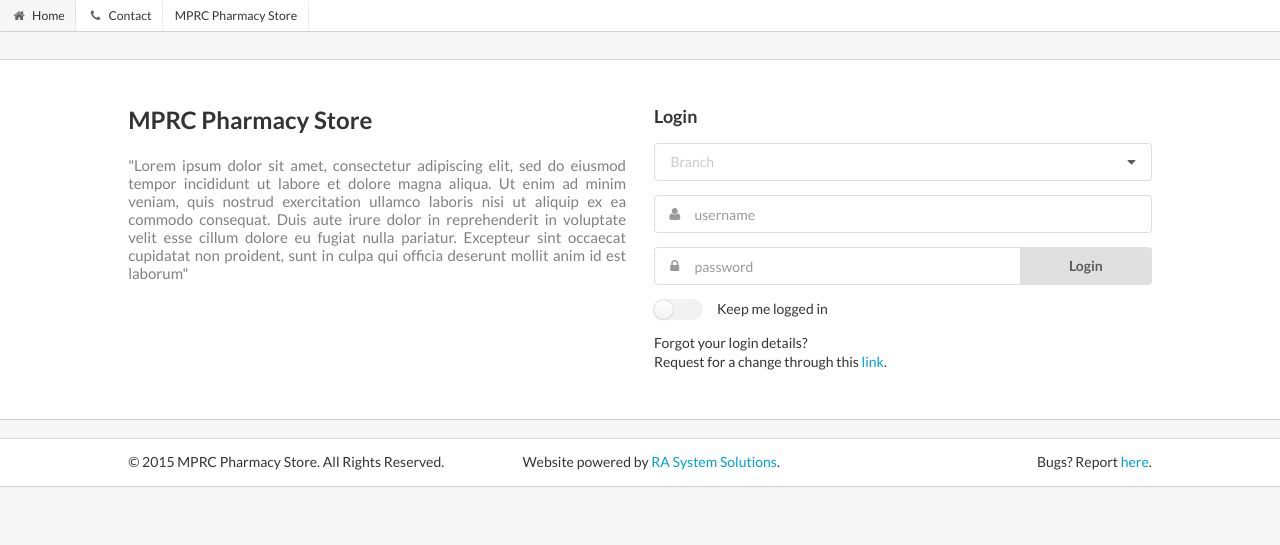
Repository: thdrwngkd/oims
Page: public/index.html
The author's editor kept a record of every edit. The page is drawn from the files as they stood at one moment, then again after the next edit.
The browser window is 1280 px wide. The pictures show the whole page.

Above is the page before.

### public/index.html
<!DOCTYPE html>
<html>
  <head>
    <!-- Standard Meta -->
    <meta charset="utf-8" />
    <meta http-equiv="X-UA-Compatible" content="IE=edge,chrome=1" />
    <meta name="viewport" content="width=device-width, initial-scale=1.0, maximum-scale=1.0">

    <!-- Site Properities -->
    <title>Online Inventory Management</title>

    <link href="../dist/googleapis.css" rel="stylesheet" type="text/css">
    <link href="../dist/semantic.css"   rel="stylesheet" type="text/css">
    <link href="../src/css/base.css"    rel="stylesheet" type="text/css">

    <script src="../dist/jquery.js"></script>
    <script src="../dist/jquery.address.js"></script>
    <script src="../dist/semantic.js"></script>

  </head>
  <body>
    <!-- Start  Header Navbar -->
    <header>
      <nav class="ui fixed fluid main small menu">
        <a class="item" href="#"><i class="home icon"></i>  Home</a>
        <a class="item" href="#"><i class="call icon"></i>  Contact</a>
        <a class="item">MPRC Pharmacy Store</a>
      </nav>
    </header>
    <!-- End    Header Navbar -->
    <div class="clear height sixty pixels"></div>
    <!-- Start  Section Masthead Segment -->
    <section class="ui center segment clear">
      <div class="ui stackable page grid top-bottom margin twenty pixels">
        <div class="two column row">
          <div class="column">
            <h2 class="ui header">
              MPRC Pharmacy Store
              <div class="sub header" style="margin-top: 20px; text-align: justify">
                "Lorem ipsum dolor sit amet, consectetur adipiscing elit, sed do eiusmod tempor incididunt ut labore et dolore magna aliqua. Ut enim ad minim veniam, quis nostrud exercitation ullamco laboris nisi ut aliquip ex ea commodo consequat. Duis aute irure dolor in reprehenderit in voluptate velit esse cillum dolore eu fugiat nulla pariatur. Excepteur sint occaecat cupidatat non proident, sunt in culpa qui officia deserunt mollit anim id est laborum"
              </div>
            </h2>
          </div>
          <div class="column">
            <h3 class="ui header">
              Login
            </h3>
            <form class="ui fluid form">
              <div class="field">
                <div class="ui selection dropdown">
                  <input type="hidden" name="gender">
                  <div class="default text">Branch</div>
                  <i class="dropdown icon"></i>
                  <div class="menu">
                    <div class="item" data-value="male">Pag-Asa</div>
                    <div class="item" data-value="female">Daang Tubo</div>
                  </div>
                </div>
              </div>
              <div class="field">
                <div class="ui left icon input">
                  <input type="text" placeholder="username">
                  <i class="user icon"></i>
                </div>
              </div>
              <div class="field">
                <div class="ui left icon action input">
                  <i class="lock icon"></i>
                  <input name="email" type="text" placeholder="password">
                  <div class="ui submit button">Login</div>
                </div>
              </div>
              <div class="field">
                <div class="ui toggle checkbox">
                  <input type="checkbox" name="keep_logged" value="x">
                  <label>Keep me logged in</label>
                </div>
              </div>
              <div class="field">
                <p>Forgot your login details?<br>Request for a change through this <a href="forgot-password.html">link</a>.</p>
              </div>
            </form>
          </div>
        </div>
      </div>

    </section>
    <!-- End    Projects Section -->
    <div class="clear height twenty pixels"></div>
    <!-- Start  About Section -->
    <section class="ui footer segment clear">
      <div class="ui page grid">
        <div class="row">
          <div class="six wide column">
            <p>© 2015 MPRC Pharmacy Store. All Rights Reserved.</p>
          </div>
          <div class="six wide column">
            <p>Website powered by <a href="">RA System Solutions</a>.</p>
          </div>
          <div class="right aligned four wide column">
            <p>Bugs? Report <a href="">here</a>.</p>
          </div>
        </div>
      </div>
    </section>
    <!-- End    About Section -->
    <!-- Javascript Imports -->
      <script src="../dist/base.js"></script>
    <!-- Javascript Imports -->
  </body>
</html>

### dist/googleapis.css
/* cyrillic-ext */
@font-face {
  font-family: 'Open Sans';
  font-style: normal;
  font-weight: 300;
  src: local('Open Sans Light'), local('OpenSans-Light'), url(http://fonts.gstatic.com/s/opensans/v10/DXI1ORHCpsQm3Vp6mXoaTSUUniRZcd_wq8DYmIfsw2A.woff2) format('woff2');
  unicode-range: U+0460-052F, U+20B4, U+2DE0-2DFF, U+A640-A69F;
}
/* cyrillic */
@font-face {
  font-family: 'Open Sans';
  font-style: normal;
  font-weight: 300;
  src: local('Open Sans Light'), local('OpenSans-Light'), url(http://fonts.gstatic.com/s/opensans/v10/DXI1ORHCpsQm3Vp6mXoaTeXREeHhJi4GEUJI9ob_ak4.woff2) format('woff2');
  unicode-range: U+0400-045F, U+0490-0491, U+04B0-04B1, U+2116;
}
/* devanagari */
@font-face {
  font-family: 'Open Sans';
  font-style: normal;
  font-weight: 300;
  src: local('Open Sans Light'), local('OpenSans-Light'), url(http://fonts.gstatic.com/s/opensans/v10/DXI1ORHCpsQm3Vp6mXoaTY0Uz7fbu6RM5MPetubMKio.woff2) format('woff2');
  unicode-range: U+02BC, U+0900-097F, U+1CD0-1CF6, U+1CF8-1CF9, U+200B-200D, U+20A8, U+20B9, U+25CC, U+A830-A839, U+A8E0-A8FB;
}
/* greek-ext */
@font-face {
  font-family: 'Open Sans';
  font-style: normal;
  font-weight: 300;
  src: local('Open Sans Light'), local('OpenSans-Light'), url(http://fonts.gstatic.com/s/opensans/v10/DXI1ORHCpsQm3Vp6mXoaTfzy0yu4vcvNhe7QLuoE8rU.woff2) format('woff2');
  unicode-range: U+1F00-1FFF;
}
/* greek */
@font-face {
  font-family: 'Open Sans';
  font-style: normal;
  font-weight: 300;
  src: local('Open Sans Light'), local('OpenSans-Light'), url(http://fonts.gstatic.com/s/opensans/v10/DXI1ORHCpsQm3Vp6mXoaTc9-ZSaZ3mOOsU9E1f6DGWc.woff2) format('woff2');
  unicode-range: U+0370-03FF;
}
/* vietnamese */
@font-face {
  font-family: 'Open Sans';
  font-style: normal;
  font-weight: 300;
  src: local('Open Sans Light'), local('OpenSans-Light'), url(http://fonts.gstatic.com/s/opensans/v10/DXI1ORHCpsQm3Vp6mXoaTYZI5FoslwusAsZHK_V0XCI.woff2) format('woff2');
  unicode-range: U+0102-0103, U+1EA0-1EF1, U+20AB;
}
/* latin-ext */
@font-face {
  font-family: 'Open Sans';
  font-style: normal;
  font-weight: 300;
  src: local('Open Sans Light'), local('OpenSans-Light'), url(http://fonts.gstatic.com/s/opensans/v10/DXI1ORHCpsQm3Vp6mXoaTRUOjZSKWg4xBWp_C_qQx0o.woff2) format('woff2');
  unicode-range: U+0100-024F, U+1E00-1EFF, U+20A0-20AB, U+20AD-20CF, U+2C60-2C7F, U+A720-A7FF;
}
/* latin */
@font-face {
  font-family: 'Open Sans';
  font-style: normal;
  font-weight: 300;
  src: local('Open Sans Light'), local('OpenSans-Light'), url(http://fonts.gstatic.com/s/opensans/v10/DXI1ORHCpsQm3Vp6mXoaTegdm0LZdjqr5-oayXSOefg.woff2) format('woff2');
  unicode-range: U+0000-00FF, U+0131, U+0152-0153, U+02C6, U+02DA, U+02DC, U+2000-206F, U+2074, U+20AC, U+2212, U+2215, U+E0FF, U+EFFD, U+F000;
}
/* cyrillic-ext */
@font-face {
  font-family: 'Open Sans';
  font-style: normal;
  font-weight: 400;
  src: local('Open Sans'), local('OpenSans'), url(http://fonts.gstatic.com/s/opensans/v10/K88pR3goAWT7BTt32Z01m1tXRa8TVwTICgirnJhmVJw.woff2) format('woff2');
  unicode-range: U+0460-052F, U+20B4, U+2DE0-2DFF, U+A640-A69F;
}
/* cyrillic */
@font-face {
  font-family: 'Open Sans';
  font-style: normal;
  font-weight: 400;
  src: local('Open Sans'), local('OpenSans'), url(http://fonts.gstatic.com/s/opensans/v10/RjgO7rYTmqiVp7vzi-Q5UVtXRa8TVwTICgirnJhmVJw.woff2) format('woff2');
  unicode-range: U+0400-045F, U+0490-0491, U+04B0-04B1, U+2116;
}
/* devanagari */
@font-face {
  font-family: 'Open Sans';
  font-style: normal;
  font-weight: 400;
  src: local('Open Sans'), local('OpenSans'), url(http://fonts.gstatic.com/s/opensans/v10/ttwNtsRpgsxVmgGGmiUOEltXRa8TVwTICgirnJhmVJw.woff2) format('woff2');
  unicode-range: U+02BC, U+0900-097F, U+1CD0-1CF6, U+1CF8-1CF9, U+200B-200D, U+20A8, U+20B9, U+25CC, U+A830-A839, U+A8E0-A8FB;
}
/* greek-ext */
@font-face {
  font-family: 'Open Sans';
  font-style: normal;
  font-weight: 400;
  src: local('Open Sans'), local('OpenSans'), url(http://fonts.gstatic.com/s/opensans/v10/LWCjsQkB6EMdfHrEVqA1KVtXRa8TVwTICgirnJhmVJw.woff2) format('woff2');
  unicode-range: U+1F00-1FFF;
}
/* greek */
@font-face {
  font-family: 'Open Sans';
  font-style: normal;
  font-weight: 400;
  src: local('Open Sans'), local('OpenSans'), url(http://fonts.gstatic.com/s/opensans/v10/xozscpT2726on7jbcb_pAltXRa8TVwTICgirnJhmVJw.woff2) format('woff2');
  unicode-range: U+0370-03FF;
}
/* vietnamese */
@font-face {
  font-family: 'Open Sans';
  font-style: normal;
  font-weight: 400;
  src: local('Open Sans'), local('OpenSans'), url(http://fonts.gstatic.com/s/opensans/v10/59ZRklaO5bWGqF5A9baEEVtXRa8TVwTICgirnJhmVJw.woff2) format('woff2');
  unicode-range: U+0102-0103, U+1EA0-1EF1, U+20AB;
}
/* latin-ext */
@font-face {
  font-family: 'Open Sans';
  font-style: normal;
  font-weight: 400;
  src: local('Open Sans'), local('OpenSans'), url(http://fonts.gstatic.com/s/opensans/v10/u-WUoqrET9fUeobQW7jkRVtXRa8TVwTICgirnJhmVJw.woff2) format('woff2');
  unicode-range: U+0100-024F, U+1E00-1EFF, U+20A0-20AB, U+20AD-20CF, U+2C60-2C7F, U+A720-A7FF;
}
/* latin */
@font-face {
  font-family: 'Open Sans';
  font-style: normal;
  font-weight: 400;
  src: local('Open Sans'), local('OpenSans'), url(http://fonts.gstatic.com/s/opensans/v10/cJZKeOuBrn4kERxqtaUH3VtXRa8TVwTICgirnJhmVJw.woff2) format('woff2');
  unicode-range: U+0000-00FF, U+0131, U+0152-0153, U+02C6, U+02DA, U+02DC, U+2000-206F, U+2074, U+20AC, U+2212, U+2215, U+E0FF, U+EFFD, U+F000;
}
/* cyrillic-ext */
@font-face {
  font-family: 'Open Sans';
  font-style: normal;
  font-weight: 700;
  src: local('Open Sans Bold'), local('OpenSans-Bold'), url(http://fonts.gstatic.com/s/opensans/v10/k3k702ZOKiLJc3WVjuplzCUUniRZcd_wq8DYmIfsw2A.woff2) format('woff2');
  unicode-range: U+0460-052F, U+20B4, U+2DE0-2DFF, U+A640-A69F;
}
/* cyrillic */
@font-face {
  font-family: 'Open Sans';
  font-style: normal;
  font-weight: 700;
  src: local('Open Sans Bold'), local('OpenSans-Bold'), url(http://fonts.gstatic.com/s/opensans/v10/k3k702ZOKiLJc3WVjuplzOXREeHhJi4GEUJI9ob_ak4.woff2) format('woff2');
  unicode-range: U+0400-045F, U+0490-0491, U+04B0-04B1, U+2116;
}
/* devanagari */
@font-face {
  font-family: 'Open Sans';
  font-style: normal;
  font-weight: 700;
  src: local('Open Sans Bold'), local('OpenSans-Bold'), url(http://fonts.gstatic.com/s/opensans/v10/k3k702ZOKiLJc3WVjuplzI0Uz7fbu6RM5MPetubMKio.woff2) format('woff2');
  unicode-range: U+02BC, U+0900-097F, U+1CD0-1CF6, U+1CF8-1CF9, U+200B-200D, U+20A8, U+20B9, U+25CC, U+A830-A839, U+A8E0-A8FB;
}
/* greek-ext */
@font-face {
  font-family: 'Open Sans';
  font-style: normal;
  font-weight: 700;
  src: local('Open Sans Bold'), local('OpenSans-Bold'), url(http://fonts.gstatic.com/s/opensans/v10/k3k702ZOKiLJc3WVjuplzPzy0yu4vcvNhe7QLuoE8rU.woff2) format('woff2');
  unicode-range: U+1F00-1FFF;
}
/* greek */
@font-face {
  font-family: 'Open Sans';
  font-style: normal;
  font-weight: 700;
  src: local('Open Sans Bold'), local('OpenSans-Bold'), url(http://fonts.gstatic.com/s/opensans/v10/k3k702ZOKiLJc3WVjuplzM9-ZSaZ3mOOsU9E1f6DGWc.woff2) format('woff2');
  unicode-range: U+0370-03FF;
}
/* vietnamese */
@font-face {
  font-family: 'Open Sans';
  font-style: normal;
  font-weight: 700;
  src: local('Open Sans Bold'), local('OpenSans-Bold'), url(http://fonts.gstatic.com/s/opensans/v10/k3k702ZOKiLJc3WVjuplzIZI5FoslwusAsZHK_V0XCI.woff2) format('woff2');
  unicode-range: U+0102-0103, U+1EA0-1EF1, U+20AB;
}
/* latin-ext */
@font-face {
  font-family: 'Open Sans';
  font-style: normal;
  font-weight: 700;
  src: local('Open Sans Bold'), local('OpenSans-Bold'), url(http://fonts.gstatic.com/s/opensans/v10/k3k702ZOKiLJc3WVjuplzBUOjZSKWg4xBWp_C_qQx0o.woff2) format('woff2');
  unicode-range: U+0100-024F, U+1E00-1EFF, U+20A0-20AB, U+20AD-20CF, U+2C60-2C7F, U+A720-A7FF;
}
/* latin */
@font-face {
  font-family: 'Open Sans';
  font-style: normal;
  font-weight: 700;
  src: local('Open Sans Bold'), local('OpenSans-Bold'), url(http://fonts.gstatic.com/s/opensans/v10/k3k702ZOKiLJc3WVjuplzOgdm0LZdjqr5-oayXSOefg.woff2) format('woff2');
  unicode-range: U+0000-00FF, U+0131, U+0152-0153, U+02C6, U+02DA, U+02DC, U+2000-206F, U+2074, U+20AC, U+2212, U+2215, U+E0FF, U+EFFD, U+F000;
}
/* cyrillic-ext */
@font-face {
  font-family: 'Open Sans';
  font-style: italic;
  font-weight: 300;
  src: local('Open Sans Light Italic'), local('OpenSansLight-Italic'), url(http://fonts.gstatic.com/s/opensans/v10/PRmiXeptR36kaC0GEAetxnJcj75aoY2FkN1K7fN5pSM.woff2) format('woff2');
  unicode-range: U+0460-052F, U+20B4, U+2DE0-2DFF, U+A640-A69F;
}
/* cyrillic */
@font-face {
  font-family: 'Open Sans';
  font-style: italic;
  font-weight: 300;
  src: local('Open Sans Light Italic'), local('OpenSansLight-Italic'), url(http://fonts.gstatic.com/s/opensans/v10/PRmiXeptR36kaC0GEAetxn1Xmpo4ASt4tV2E8fbn9tc.woff2) format('woff2');
  unicode-range: U+0400-045F, U+0490-0491, U+04B0-04B1, U+2116;
}
/* devanagari */
@font-face {
  font-family: 'Open Sans';
  font-style: italic;
  font-weight: 300;
  src: local('Open Sans Light Italic'), local('OpenSansLight-Italic'), url(http://fonts.gstatic.com/s/opensans/v10/PRmiXeptR36kaC0GEAetxp0ZClPV6EjNt18zha_DeYY.woff2) format('woff2');
  unicode-range: U+02BC, U+0900-097F, U+1CD0-1CF6, U+1CF8-1CF9, U+200B-200D, U+20A8, U+20B9, U+25CC, U+A830-A839, U+A8E0-A8FB;
}
/* greek-ext */
@font-face {
  font-family: 'Open Sans';
  font-style: italic;
  font-weight: 300;
  src: local('Open Sans Light Italic'), local('OpenSansLight-Italic'), url(http://fonts.gstatic.com/s/opensans/v10/PRmiXeptR36kaC0GEAetxhvwU2jSZ_W3bMnLe__5hmc.woff2) format('woff2');
  unicode-range: U+1F00-1FFF;
}
/* greek */
@font-face {
  font-family: 'Open Sans';
  font-style: italic;
  font-weight: 300;
  src: local('Open Sans Light Italic'), local('OpenSansLight-Italic'), url(http://fonts.gstatic.com/s/opensans/v10/PRmiXeptR36kaC0GEAetxlG2YASMDG4K4_XuakzasE8.woff2) format('woff2');
  unicode-range: U+0370-03FF;
}
/* vietnamese */
@font-face {
  font-family: 'Open Sans';
  font-style: italic;
  font-weight: 300;
  src: local('Open Sans Light Italic'), local('OpenSansLight-Italic'), url(http://fonts.gstatic.com/s/opensans/v10/PRmiXeptR36kaC0GEAetxqRhChYxGgJf4PX4Wvk4Rlk.woff2) format('woff2');
  unicode-range: U+0102-0103, U+1EA0-1EF1, U+20AB;
}
/* latin-ext */
@font-face {
  font-family: 'Open Sans';
  font-style: italic;
  font-weight: 300;
  src: local('Open Sans Light Italic'), local('OpenSansLight-Italic'), url(http://fonts.gstatic.com/s/opensans/v10/PRmiXeptR36kaC0GEAetxo05NJhCxBV64hQBJiatqx0.woff2) format('woff2');
  unicode-range: U+0100-024F, U+1E00-1EFF, U+20A0-20AB, U+20AD-20CF, U+2C60-2C7F, U+A720-A7FF;
}
/* latin */
@font-face {
  font-family: 'Open Sans';
  font-style: italic;
  font-weight: 300;
  src: local('Open Sans Light Italic'), local('OpenSansLight-Italic'), url(http://fonts.gstatic.com/s/opensans/v10/PRmiXeptR36kaC0GEAetxko2lTMeWA_kmIyWrkNCwPc.woff2) format('woff2');
  unicode-range: U+0000-00FF, U+0131, U+0152-0153, U+02C6, U+02DA, U+02DC, U+2000-206F, U+2074, U+20AC, U+2212, U+2215, U+E0FF, U+EFFD, U+F000;
}
/* vietnamese */
@font-face {
  font-family: 'Source Sans Pro';
  font-style: normal;
  font-weight: 400;
  src: local('Source Sans Pro'), local('SourceSansPro-Regular'), url(http://fonts.gstatic.com/s/sourcesanspro/v9/ODelI1aHBYDBqgeIAH2zlNOAHFN6BivSraYkjhveRHY.woff2) format('woff2');
  unicode-range: U+0102-0103, U+1EA0-1EF1, U+20AB;
}
/* latin-ext */
@font-face {
  font-family: 'Source Sans Pro';
  font-style: normal;
  font-weight: 400;
  src: local('Source Sans Pro'), local('SourceSansPro-Regular'), url(http://fonts.gstatic.com/s/sourcesanspro/v9/ODelI1aHBYDBqgeIAH2zlC2Q8seG17bfDXYR_jUsrzg.woff2) format('woff2');
  unicode-range: U+0100-024F, U+1E00-1EFF, U+20A0-20AB, U+20AD-20CF, U+2C60-2C7F, U+A720-A7FF;
}
/* latin */
@font-face {
  font-family: 'Source Sans Pro';
  font-style: normal;
  font-weight: 400;
  src: local('Source Sans Pro'), local('SourceSansPro-Regular'), url(http://fonts.gstatic.com/s/sourcesanspro/v9/ODelI1aHBYDBqgeIAH2zlNV_2ngZ8dMf8fLgjYEouxg.woff2) format('woff2');
  unicode-range: U+0000-00FF, U+0131, U+0152-0153, U+02C6, U+02DA, U+02DC, U+2000-206F, U+2074, U+20AC, U+2212, U+2215, U+E0FF, U+EFFD, U+F000;
}
/* vietnamese */
@font-face {
  font-family: 'Source Sans Pro';
  font-style: normal;
  font-weight: 700;
  src: local('Source Sans Pro Bold'), local('SourceSansPro-Bold'), url(http://fonts.gstatic.com/s/sourcesanspro/v9/toadOcfmlt9b38dHJxOBGDovqjS_dXPZszO_XltPdNg.woff2) format('woff2');
  unicode-range: U+0102-0103, U+1EA0-1EF1, U+20AB;
}
/* latin-ext */
@font-face {
  font-family: 'Source Sans Pro';
  font-style: normal;
  font-weight: 700;
  src: local('Source Sans Pro Bold'), local('SourceSansPro-Bold'), url(http://fonts.gstatic.com/s/sourcesanspro/v9/toadOcfmlt9b38dHJxOBGFxe-GPfKKFmiXaJ_Q0GFr8.woff2) format('woff2');
  unicode-range: U+0100-024F, U+1E00-1EFF, U+20A0-20AB, U+20AD-20CF, U+2C60-2C7F, U+A720-A7FF;
}
/* latin */
@font-face {
  font-family: 'Source Sans Pro';
  font-style: normal;
  font-weight: 700;
  src: local('Source Sans Pro Bold'), local('SourceSansPro-Bold'), url(http://fonts.gstatic.com/s/sourcesanspro/v9/toadOcfmlt9b38dHJxOBGEo0As1BFRXtCDhS66znb_k.woff2) format('woff2');
  unicode-range: U+0000-00FF, U+0131, U+0152-0153, U+02C6, U+02DA, U+02DC, U+2000-206F, U+2074, U+20AC, U+2212, U+2215, U+E0FF, U+EFFD, U+F000;
}

### src/css/base.css

      .clear.height {
        height: 0;
      }

      .clear.height.ten.pixels {
        height: 10px;
      }

      .clear.height.twenty.pixels {
        height: 20px;
      }

      .clear.height.forty.pixels {
        height: 40px;
      }

      .clear.height.sixty.pixels {
        height: 60px;
      }

      .clear.height.eighty.pixels {
        height: 80px;
      }

      .clear.height.one.hundred.pixels {
        height: 100px;
      }

      .clear.height.two.hundred.pixels {
        height: 200px;
      }

      .ui.clear {
        border-radius: 0;
        margin: 0;
      }

      .ui.top-bottom.margin {
        margin-top: 100px;
        margin-bottom: 100px;
      }

      .ui.top-bottom.margin.ten.pixels {
        margin-top:     10px;
        margin-bottom:  10px;
      }

      .ui.top-bottom.margin.twenty.pixels {
        margin-top:     20px;
        margin-bottom:  20px;
      }

      .ui.top-bottom.margin.forty.pixels {
        margin-top:     40px;
        margin-bottom:  40px;
      }

      .ui.skill.label {
        margin-top: 4px;
        margin-bottom: 4px;
      }

      .bordered {
        border: 1px solid black;
      }

### dist/base.js
$(document).ready(function(){
  $('.dropdown').dropdown();
  $('.checkbox').checkbox();
});

Loaded but not shown: dist/semantic.css (library); dist/jquery.js (library); dist/jquery.address.js (library); dist/semantic.js (library)

After the next edit:
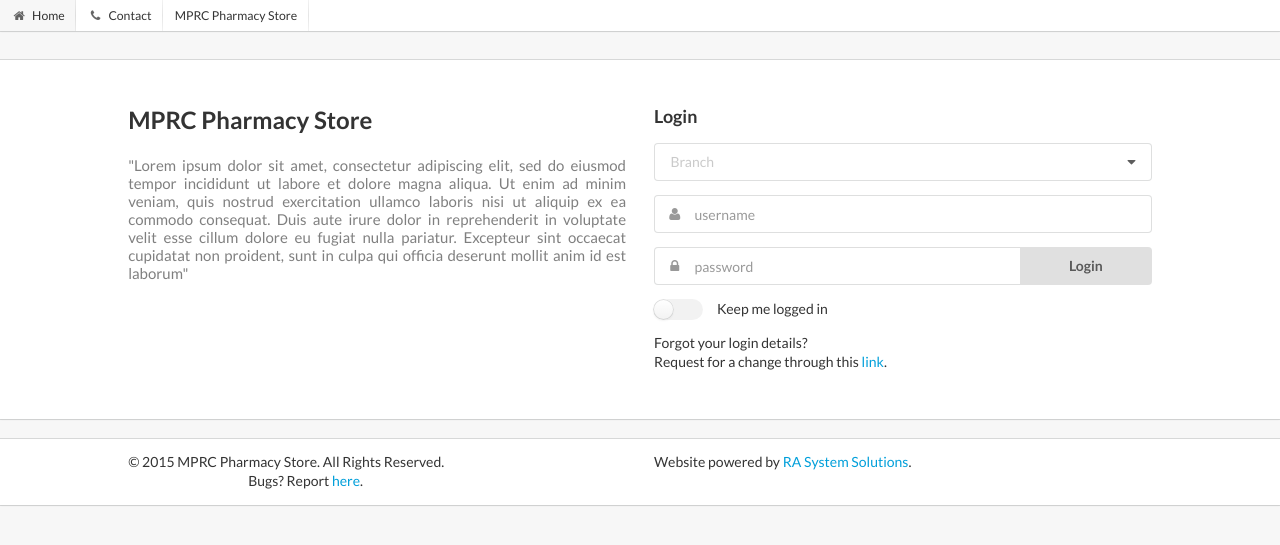
The edit:
--- a/public/index.html
+++ b/public/index.html
@@ -91,7 +91,7 @@
     <section class="ui footer segment clear">
       <div class="ui page grid">
         <div class="row">
-          <div class="six wide column">
+          <div class="eight wide column">
             <p>© 2015 MPRC Pharmacy Store. All Rights Reserved.</p>
           </div>
           <div class="six wide column">
